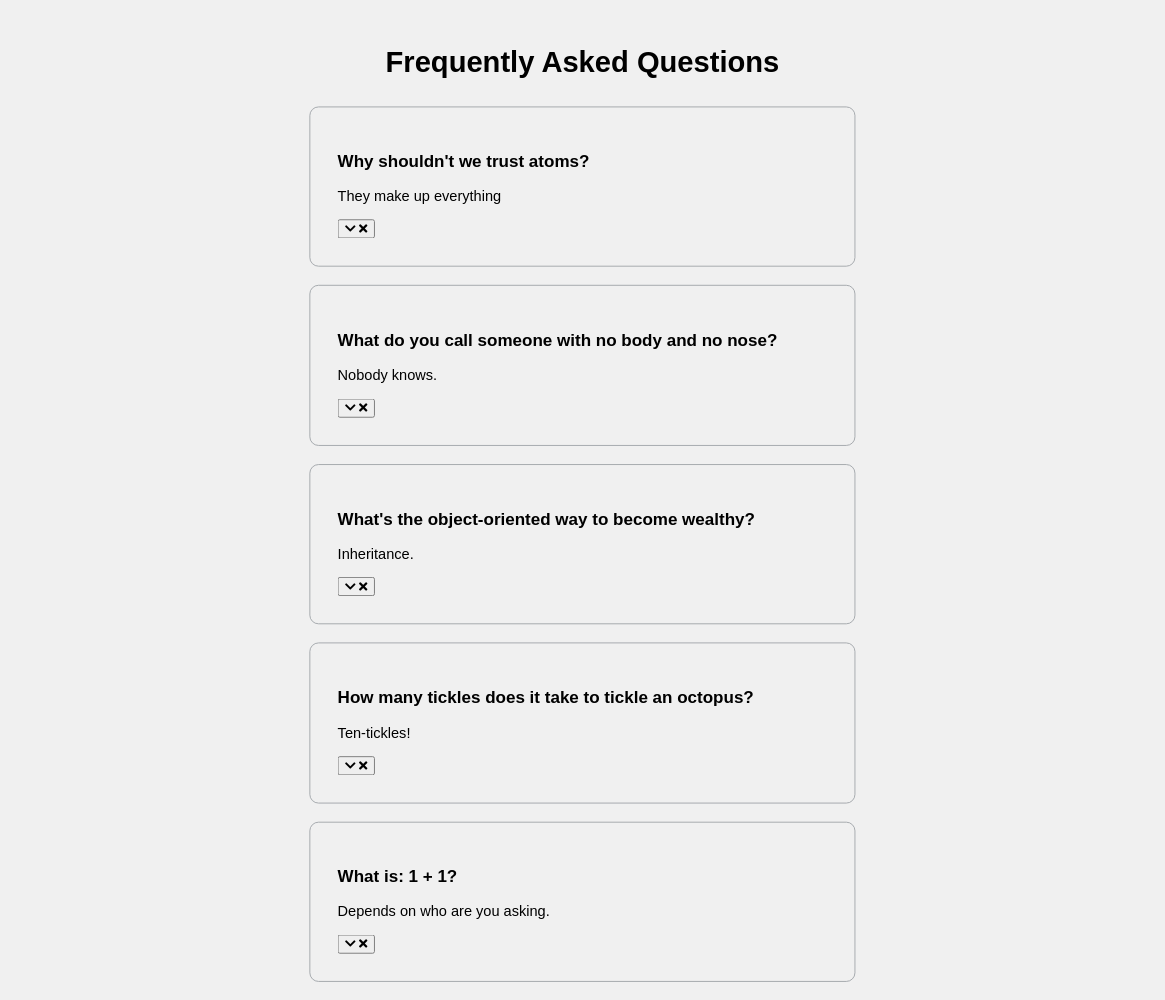
Repository: Williamlmachado/F.A.Q
Page: index.html
The author's editor kept a copy of each file at every save. The page is drawn from the files as they stood at one save, then again after the next save.
The browser window is 1280 px wide. The pictures show the whole page, at 91% of full size.
Some web fonts or font styles are not loaded; a fallback is used. Some web libraries are served in a nearby version.

Above is the page before, as saved 2021-08-23 09:08:59.

### index.html
<!DOCTYPE html>
<html lang="en">
  <head>
    <meta charset="UTF-8" />
    <meta name="viewport" content="width=device-width, initial-scale=1.0" />
    <link rel="stylesheet" href="https://cdnjs.cloudflare.com/ajax/libs/font-awesome/5.14.0/css/all.min.css" integrity="sha512-1PKOgIY59xJ8Co8+NE6FZ+LOAZKjy+KY8iq0G4B3CyeY6wYHN3yt9PW0XpSriVlkMXe40PTKnXrLnZ9+fkDaog==" crossorigin="anonymous" />
    <link rel="stylesheet" href="style.css" />
    <title>FAQ</title>
  </head>
  <body>
    <h1>Frequently Asked Questions</h1>
    <div class="faq-container">
      <div class="faq active">
        <h3 class="faq-title">
          Why shouldn't we trust atoms?
        </h3>

        <p class="faq-text">
          They make up everything
        </p>

        <button class="faq-toggle">
          <i class="fas fa-chevron-down"></i>
          <i class="fas fa-times"></i>
        </button>
      </div>

      <div class="faq">
        <h3 class="faq-title">
          What do you call someone with no body and no nose?
        </h3>
        <p class="faq-text">
          Nobody knows.
        </p>
        <button class="faq-toggle">
          <i class="fas fa-chevron-down"></i>
          <i class="fas fa-times"></i>
        </button>
      </div>

      <div class="faq">
        <h3 class="faq-title">
          What's the object-oriented way to become wealthy?
        </h3>
        <p class="faq-text">
          Inheritance.
        </p>
        <button class="faq-toggle">
          <i class="fas fa-chevron-down"></i>
          <i class="fas fa-times"></i>
        </button>
      </div>

      <div class="faq">
        <h3 class="faq-title">
          How many tickles does it take to tickle an octopus?
        </h3>
        <p class="faq-text">
          Ten-tickles!
        </p>
        <button class="faq-toggle">
          <i class="fas fa-chevron-down"></i>
          <i class="fas fa-times"></i>
        </button>
      </div>

      <div class="faq">
        <h3 class="faq-title">
          What is: 1 + 1?
        </h3>
        <p class="faq-text">
          Depends on who are you asking.
        </p>
        <button class="faq-toggle">
          <i class="fas fa-chevron-down"></i>
          <i class="fas fa-times"></i>
        </button>
      </div>
    </div>
    <script src="script.js"></script>
  </body>
</html>

### style.css
@import url('https://fonts.googleapis.com/css?family=Muli&display=swap');

* {
  box-sizing: border-box;
}

body {
  font-family: 'Muli', sans-serif;
  background-color: #f0f0f0;
}

h1 {
  margin: 50px 0 30px;
  text-align: center;
}

.faq-container {
  max-width: 600px;
  margin: 0 auto;
}
.faq{
    background-color: transparent;
    border: 1px solid #9fa4a8;
    border-radius: 10px;
    margin: 20px 0;
    padding: 30px;
    position: relative;
    overflow: hidden;
    transition: 0.3s ease;
}

Loaded but not shown: script.js (no copy from this time; the picture is the same without it)

After the next save:
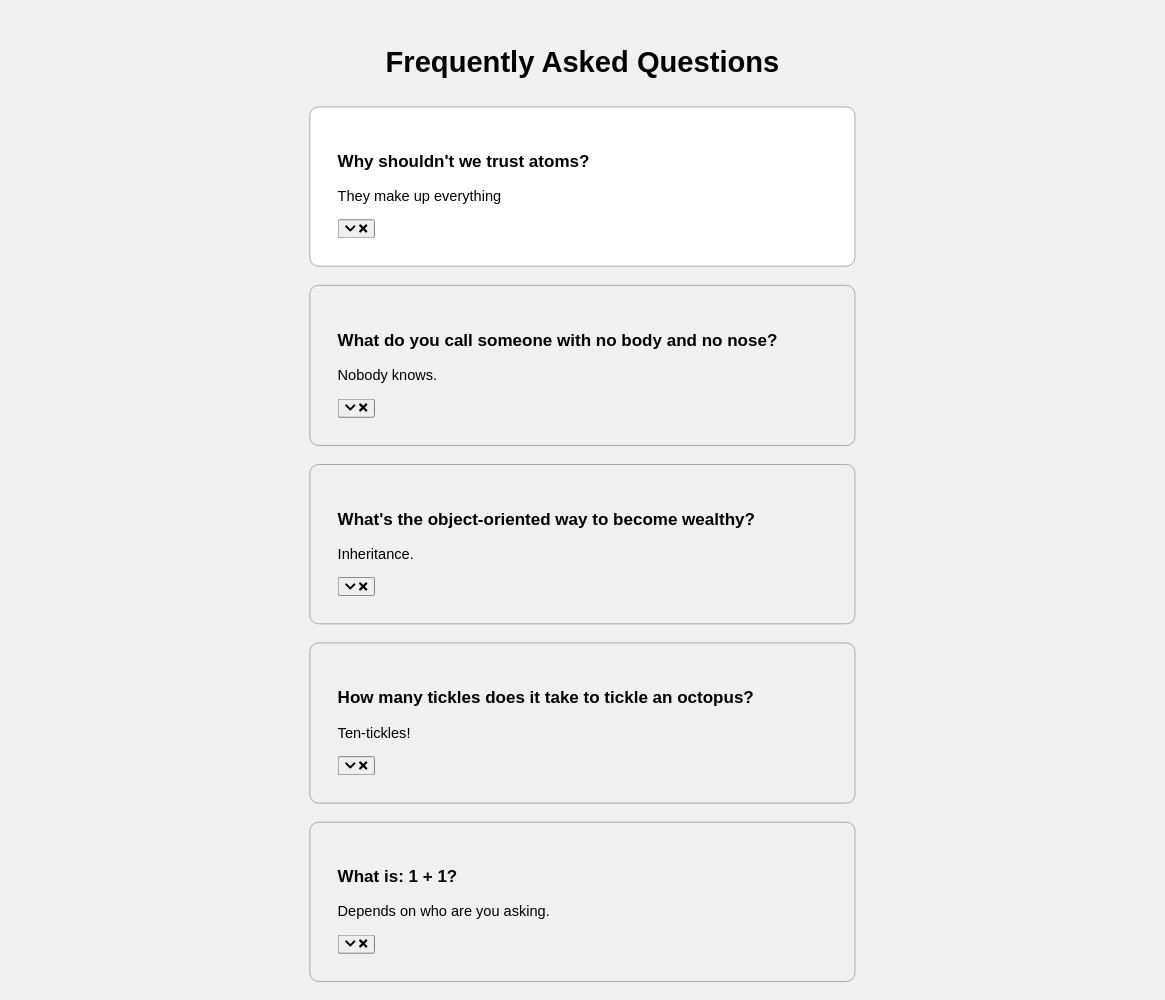
Saved 75 s later.
--- a/style.css
+++ b/style.css
@@ -28,3 +28,7 @@ h1 {
     overflow: hidden;
     transition: 0.3s ease;
 }
+.faq.active{
+    background-color: #fff;
+
+}
